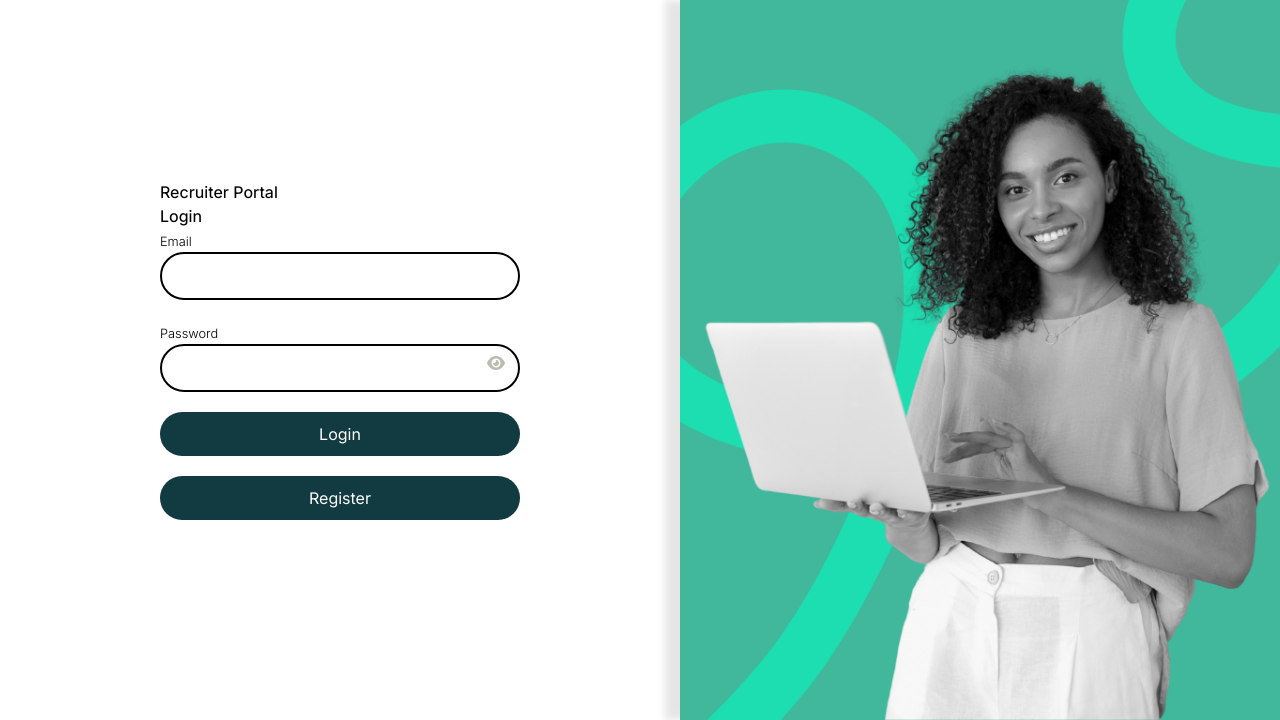
Repository: AbdullahScriptStudio/TalentSync
Page: http://localhost/people/login/
The author's editor kept a copy of each file at every save. The page is drawn from the files as they stood at one save, then again after the next save.
The browser window is 1280 px wide. The pictures show the whole page.
Some web libraries are served in a nearby version. The page is served by the project's application, run on Django 5.2 (manage.py). Other server files are loaded and not shown.

Above is the page before, as saved 2025-03-26 23:48:31.

### people/templates/people/login.html
<!DOCTYPE html>
<html lang="en">
{% load static %}

<head>
    <meta charset="UTF-8">
    <meta name="viewport" content="width=device-width, initial-scale=1.0">
    <title>Recruiter Portal Login</title>
    <script src="https://cdn.tailwindcss.com"></script>
    <link rel="stylesheet" href="https://cdnjs.cloudflare.com/ajax/libs/font-awesome/6.0.0-beta3/css/all.min.css">
    <style>
        @import url('https://fonts.googleapis.com/css2?family=Inter:wght@100..900&family=Poppins:wght@100..900&display=swap');

        body {
            font-family: "Inter", sans-serif;
            margin: 0;
            display: flex;
            align-items: center;
            justify-content: center;
            min-height: 100vh;
        }

        .container {
            display: flex;
            width: 100%;
            height: 100vh;
            max-width: 1600px;
            overflow: hidden;
            box-shadow: 0 4px 8px rgba(0, 0, 0, 0.1);
        }

        .login-section {
            flex: 1;
            padding: 40px;
            display: flex;
            flex-direction: column;
            justify-content: center;
            align-items: center;
        }

        .login-section h1 {
            font-weight: 450;
        }

        .form-group label {
            font-weight: 300;
            font-size: 0.8rem;
        }

        .image-section {
            flex: 1;
            background-image: url('{% static "images/login.svg" %}');
            background-size: cover;
            background-position: center;
            position: relative;
            box-shadow: -15px 0px 8px rgba(0, 0, 0, 0.1);
        }

        .form-group {
            margin-bottom: 20px;
            position: relative;
            width: 100%;
        }

        .form-group .toggle-password {
            position: absolute;
            right: 15px;
            top: 60%;
            transform: translateY(-50%);
            cursor: pointer;
            color: #bbbcaf;
        }

        .form-group input {
            width: 100%;
            padding: 10px;
            border: 2px solid #000000;
            border-radius: 40px;
            box-sizing: border-box;
        }

        .form-group button {
            background-color: #113a41;
            color: white;
            padding: 10px 15px;
            border: none;
            border-radius: 40px;
            cursor: pointer;
            width: 100%;
        }

        .lg-sec {
            width: 60%;
        }

        .error-message {
            color: red;
            font-size: 14px;
            margin-bottom: 10px;
        }
    </style>
</head>

<body>
    <div class="container">
        <!-- Login Section -->
        <div class="login-section">
            <div class="lg-sec">
                <h1>Recruiter Portal<br>Login</h1>

                <!-- Login Form -->
                <form method="POST">
                    {% csrf_token %}

                    <!-- Show errors if login fails -->
                    {% if form.errors %}
                    <div class="error-message">
                        Invalid credentials. Please try again.
                    </div>
                    {% endif %}

                    <div class="form-group">
                        <label for="email">Email</label>
                        <input type="email" id="email" name="username" required>
                    </div>

                    <div class="form-group">
                        <label for="password">Password</label>
                        <input type="password" id="password" name="password" required>
                        <i class="fas fa-eye toggle-password" id="togglePassword"></i>
                    </div>

                    <div class="form-group">
                        <button type="submit">Login</button>
                    </div>

                    <div class="form-group">
                        <button type="button" onclick="window.location.href='{% url 'register' %}'">Register</button>
                    </div>
                </form>
            </div>
        </div>

        <!-- Image Section -->
        <div class="image-section"></div>
    </div>

    <script>
        // Toggle Password Visibility
        document.getElementById("togglePassword").addEventListener("click", function () {
            var passwordField = document.getElementById("password");
            passwordField.type = passwordField.type === "password" ? "text" : "password";
        });
    </script>
</body>

</html>

### people/forms.py
from django import forms
from django.contrib.auth.forms import UserCreationForm, AuthenticationForm
from .models import CustomUser

class CustomUserCreationForm(UserCreationForm):
    ROLE_CHOICES = [
        ('recruiter', 'Recruiter'),
        ('applicant', 'Applicant'),
    ]

    role = forms.ChoiceField(choices=ROLE_CHOICES, widget=forms.Select(attrs={'class': 'form-control'}))
    company_name = forms.CharField(required=False, widget=forms.TextInput(attrs={'class': 'form-control'}))
    resume = forms.FileField(required=False, widget=forms.FileInput(attrs={'class': 'form-control'}))
    profile_pic = forms.ImageField(required=False, widget=forms.FileInput(attrs={'class': 'form-control'}))

    class Meta:
        model = CustomUser
        fields = ['username', 'email', 'password1', 'password2', 'role', 'profile_pic', 'company_name', 'resume']



class CustomLoginForm(AuthenticationForm):
    class Meta:
        model = CustomUser
        fields = ['username', 'password']

### people/views.py
from django.shortcuts import render, redirect
from django.contrib.auth import login, authenticate, logout
from .forms import CustomUserCreationForm, CustomLoginForm
from django.contrib.auth.decorators import login_required


def register(request):
    """ Register a new user """
    if request.method == 'POST':
        form = CustomUserCreationForm(request.POST, request.FILES)
        if form.is_valid():
            user = form.save(commit=False)

            # Clear fields based on user role
            if user.role == 'recruiter':
                user.resume = None  # Recruiters don't need resumes
            elif user.role == 'applicant':
                user.company_name = None  # Applicants don't need company names

            user.save()
            login(request, user)
            return redirect('dashboard_redirect')
    else:
        form = CustomUserCreationForm()

    return render(request, 'people/register.html', {'form': form})


def user_login(request):
    """ Login View """
    if request.method == 'POST':
        form = CustomLoginForm(data=request.POST)
        if form.is_valid():
            user = form.get_user()
            login(request, user)
            return redirect('dashboard_redirect')
    else:
        form = CustomLoginForm()

    return render(request, 'people/login.html', {'form': form})

@login_required
def user_logout(request):
    """ Logout View """
    logout(request)
    return redirect('user_login')

@login_required
def dashboard_redirect(request):
    """ Redirect user based on role """
    if request.user.role == 'recruiter':
        return redirect('recruiter_dashboard')
    else:
        return redirect('applicant_dashboard')

### talentsync/urls.py
"""
URL configuration for talentsync project.

The `urlpatterns` list routes URLs to views. For more information please see:
    https://docs.djangoproject.com/en/5.1/topics/http/urls/
Examples:
Function views
    1. Add an import:  from my_app import views
    2. Add a URL to urlpatterns:  path('', views.home, name='home')
Class-based views
    1. Add an import:  from other_app.views import Home
    2. Add a URL to urlpatterns:  path('', Home.as_view(), name='home')
Including another URLconf
    1. Import the include() function: from django.urls import include, path
    2. Add a URL to urlpatterns:  path('blog/', include('blog.urls'))
"""
from django.contrib import admin
from django.urls import path, include
from django.conf import settings
from django.conf.urls.static import static

urlpatterns = [
    path('admin/', admin.site.urls),
    path('recruiter/', include('recruiter.urls')),
    #path('applicant/', include('applicant.urls')),
    path('people/', include('people.urls')),
]


if settings.DEBUG:
    urlpatterns += static(settings.MEDIA_URL, document_root=settings.MEDIA_ROOT)

### recruiter/urls.py
from django.urls import path
from . import views
from django.conf.urls.static import static
from django.conf import settings



urlpatterns = [

    #adding new job
    #path('create/step1/', views.job_create_step1, name='job_create_step1'),
    #path('create/step2/', views.job_create_step2, name='job_create_step2'),
    #path('create/step3/', views.job_create_step3, name='job_create_step3'),
    path('job/post/', views.job_create_combined, name='job_create_combined'),
    #path('create/success/', views.job_post_success, name='job_post_success'), #to show job posted successfully
    path('jobs/', views.job_list, name='job_list'),
    path('jobs/description/<int:job_id>/', views.job_description, name='job_description'),
    path('job/edit/<int:id>/', views.job_edit, name='job_edit'),
    path('job/delete/<int:id>/', views.job_delete, name='job_delete'),
    path('dashboard/', views.recruiter_dashboard, name='recruiter_dashboard'),
]



if settings.DEBUG:
    urlpatterns += static(settings.MEDIA_URL, document_root=settings.MEDIA_ROOT)

### people/urls.py
from django.urls import path
from .views import register, user_login, user_logout, dashboard_redirect

urlpatterns = [
    path('register/', register, name='register'),
    path('login/', user_login, name='user_login'),
    path('logout/', user_logout, name='user_logout'),
    path('dashboard/', dashboard_redirect, name='dashboard_redirect'),
]

### static/images/login.svg
<svg xmlns="http://www.w3.org/2000/svg" xmlns:xlink="http://www.w3.org/1999/xlink" zoomAndPan="magnify" preserveAspectRatio="xMidYMid meet" version="1.0" viewBox="0 0 333.75 375"><defs><clipPath id="5098a00288"><path d="M 0 0 L 333.75 0 L 333.75 375 L 0 375 Z M 0 0 " clip-rule="nonzero"/></clipPath><image x="0" y="0" width="683" xlink:href="data:[embedded picture, 351822 characters]" id="a1985ce286" height="768" preserveAspectRatio="xMidYMid meet"/></defs><g clip-path="url(#5098a00288)"><g transform="matrix(0.488653, 0, 0, 0.488281, 0.0000045, 0)"><image x="0" y="0" width="683" xlink:href="data:[embedded picture, 351822 characters]" height="768" preserveAspectRatio="xMidYMid meet"/></g></g></svg>

After the next save:
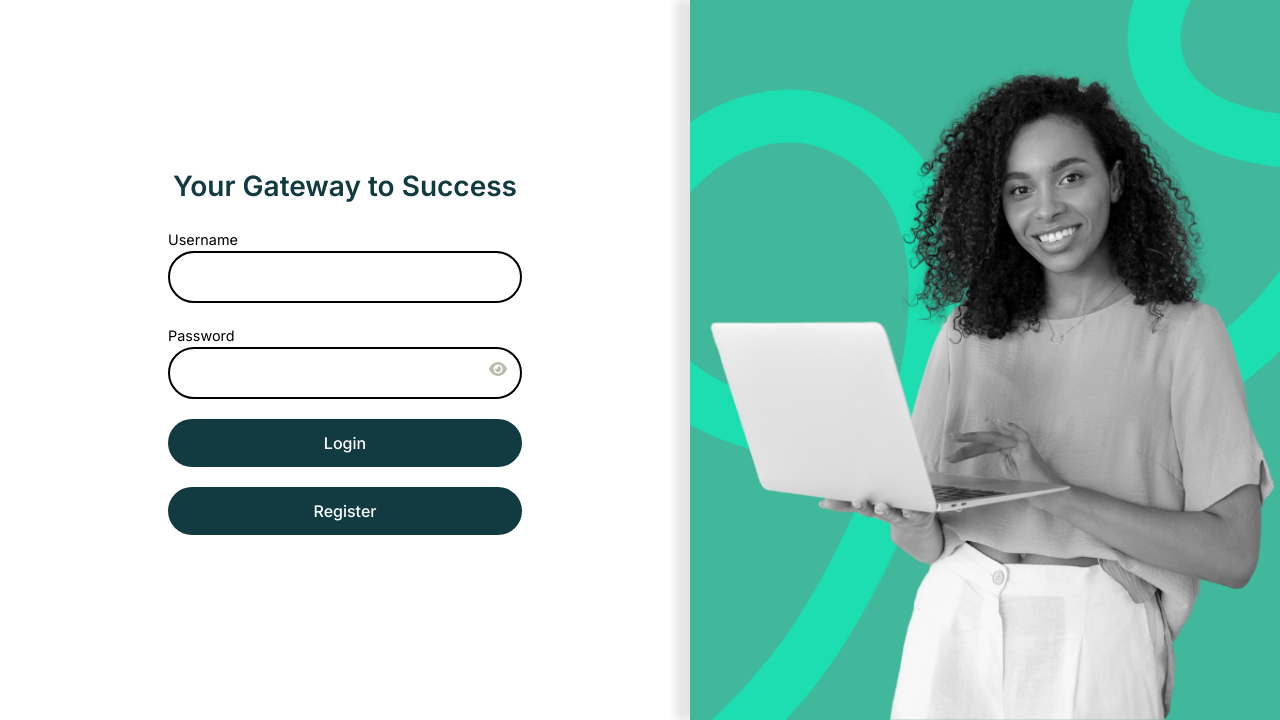
Saved 6 min 16 s later.
--- a/people/templates/people/login.html
+++ b/people/templates/people/login.html
@@ -5,7 +5,7 @@
 <head>
     <meta charset="UTF-8">
     <meta name="viewport" content="width=device-width, initial-scale=1.0">
-    <title>Recruiter Portal Login</title>
+    <title>Login - Your Gateway to Success</title>
     <script src="https://cdn.tailwindcss.com"></script>
     <link rel="stylesheet" href="https://cdnjs.cloudflare.com/ajax/libs/font-awesome/6.0.0-beta3/css/all.min.css">
     <style>
@@ -31,7 +31,7 @@
 
         .login-section {
             flex: 1;
-            padding: 40px;
+            padding: 50px;
             display: flex;
             flex-direction: column;
             justify-content: center;
@@ -39,12 +39,16 @@
         }
 
         .login-section h1 {
-            font-weight: 450;
+            font-size: 28px;
+            font-weight: 600;
+            color: #113a41;
+            text-align: center;
+            margin-bottom: 20px;
         }
 
         .form-group label {
-            font-weight: 300;
-            font-size: 0.8rem;
+            font-weight: 400;
+            font-size: 0.9rem;
         }
 
         .image-section {
@@ -73,20 +77,23 @@
 
         .form-group input {
             width: 100%;
-            padding: 10px;
+            padding: 12px;
             border: 2px solid #000000;
             border-radius: 40px;
             box-sizing: border-box;
+            font-size: 16px;
         }
 
         .form-group button {
             background-color: #113a41;
             color: white;
-            padding: 10px 15px;
+            padding: 12px 18px;
             border: none;
             border-radius: 40px;
             cursor: pointer;
             width: 100%;
+            font-size: 16px;
+            font-weight: 500;
         }
 
         .lg-sec {
@@ -106,7 +113,7 @@
         <!-- Login Section -->
         <div class="login-section">
             <div class="lg-sec">
-                <h1>Recruiter Portal<br>Login</h1>
+                <h1>Your Gateway to Success</h1>
 
                 <!-- Login Form -->
                 <form method="POST">
@@ -115,13 +122,13 @@
                     <!-- Show errors if login fails -->
                     {% if form.errors %}
                     <div class="error-message">
-                        Invalid credentials. Please try again.
+                        Invalid username or password. Please try again.
                     </div>
                     {% endif %}
 
                     <div class="form-group">
-                        <label for="email">Email</label>
-                        <input type="email" id="email" name="username" required>
+                        <label for="username">Username</label>
+                        <input type="text" id="username" name="username" required>
                     </div>
 
                     <div class="form-group">
